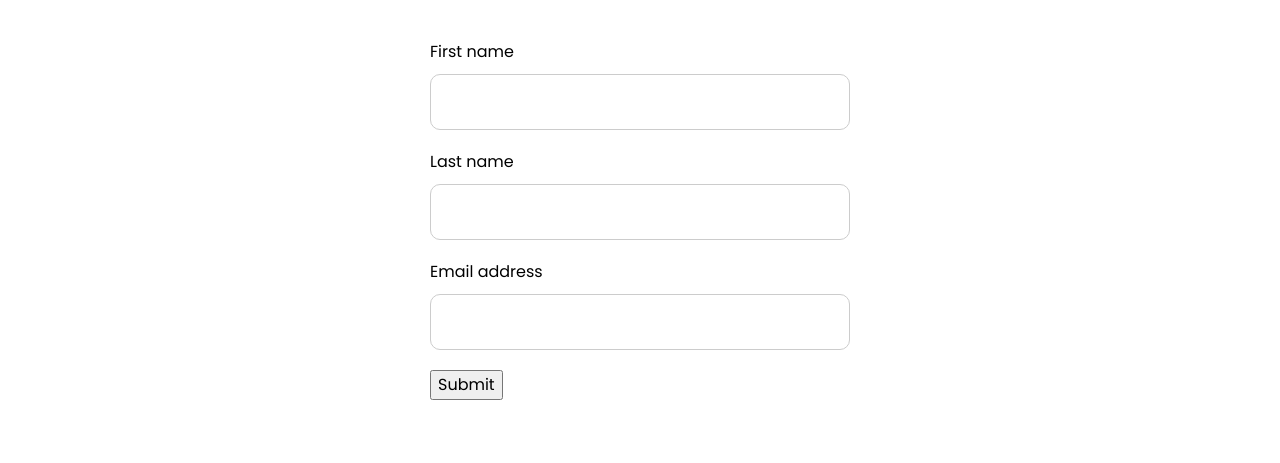
Repository: hoang0508/ReactJsDevWork
Page: /
The author's editor kept a copy of each file at every save. The page is drawn from the files as they stood at one save, then again after the next save.
The browser window is 1280 px wide. The pictures show the whole page.
The project was rebuilt for these pictures with package versions that can differ from the ones it lists, and the page was loaded fresh each time.

Above is the page before, as saved 2022-02-13 14:54:57.

### src/index.scss
body {
  margin: 0;
  font-family: "Poppins", sans-serif;
  font-size: 16px;
  -webkit-font-smoothing: antialiased;
  -moz-osx-font-smoothing: grayscale;
}

code {
  font-family: source-code-pro, Menlo, Monaco, Consolas, "Courier New",
    monospace;
}

### src/App.js
import "./App.scss";
import Form from "./components/Form/Form";
// import YoutubeSearch from "./components/YTBSearch/YoutubeSearch";
// import Product from "./components/Product/Product";
// import Button from "./components/Button/Button";
// import Food from "./components/FoodApi/Food";

function App() {
  return (
    <>
      {/* <div>Hello</div> */}
      {/* <Food /> */}
      {/* <Button /> */}
      {/* <Product /> */}
      {/* <YoutubeSearch /> */}
      <Form />
    </>
  );
}

export default App;

### src/App.scss
@import url("https://fonts.googleapis.com/css2?family=Poppins:ital,wght@0,300;0,400;0,500;0,600;0,700;1,600&family=Red+Hat+Display:wght@300;400;500;600;700&display=swap");
*,
*::before,
*::after {
  box-sizing: border-box;
}
body,
h1,
h2,
h3,
h4,
h5,
h6,
p,
figure,
picture {
  margin: 0;
}
body {
  min-height: 100vh;
  line-height: 1.5;
}
input,
button,
select,
textarea {
  font: inherit;
}
img,
picture {
  display: block;
  max-width: 100%;
}
/* remove animation for people who've turned them off */
@media (prefers-reduced-motion: reduce) {
  *,
  *::before,
  *::after {
    animation-duration: 0.01ms !important;
    animation-iteration-count: 1 !important;
    transition-duration: 0.01ms !important;
    scroll-behavior: auto !important;
  }
}

// body {
//   background: #eb3349; /* fallback for old browsers */
//   background: -webkit-linear-gradient(
//     to right,
//     #f45c43,
//     #eb3349
//   ); /* Chrome 10-25, Safari 5.1-6 */
//   background: linear-gradient(
//     to right,
//     #f45c43,
//     #eb3349
//   ); /* W3C, IE 10+/ Edge, Firefox 16+, Chrome 26+, Opera 12+, Safari 7+ */
// }

// body {
//   background-color: #181818;
// }

### src/components/Form/Form.js
import React from "react";
import "./Form.scss";
const Form = () => {
  return (
    <form className="form">
      <div className="form-group">
        <label htmlFor="firstName" className="form-label">
          First name
        </label>
        <input
          className="form-input"
          type="text"
          name="firstName"
          id="firstName"
        />
      </div>
      <div className="form-group">
        <label htmlFor="lastName" className="form-label">
          Last name
        </label>
        <input
          className="form-input"
          type="text"
          name="lastName"
          id="lastName"
        />
      </div>
      <div className="form-group">
        <label htmlFor="email" className="form-label">
          Email address
        </label>
        <input className="form-input" type="email" name="email" id="email" />
      </div>
      <button className="form-btn">Submit</button>
    </form>
  );
};

export default Form;

### src/components/Form/Form.scss
.form {
  padding: 40px;
  max-width: 500px;
  width: 100%;
  margin: 0 auto;
  &-group {
    display: flex;
    flex-direction: column;
    margin-bottom: 20px;
  }
  &-label {
    margin-bottom: 10px;
  }
  &-input {
    padding: 15px;
    border: 1px solid #ccc;
    border-radius: 10px;
    outline: none;
  }
}

Loaded but not shown: public/index.html (common file); src/index.js (common file); src/reportWebVitals.js (common file)

After the next save:
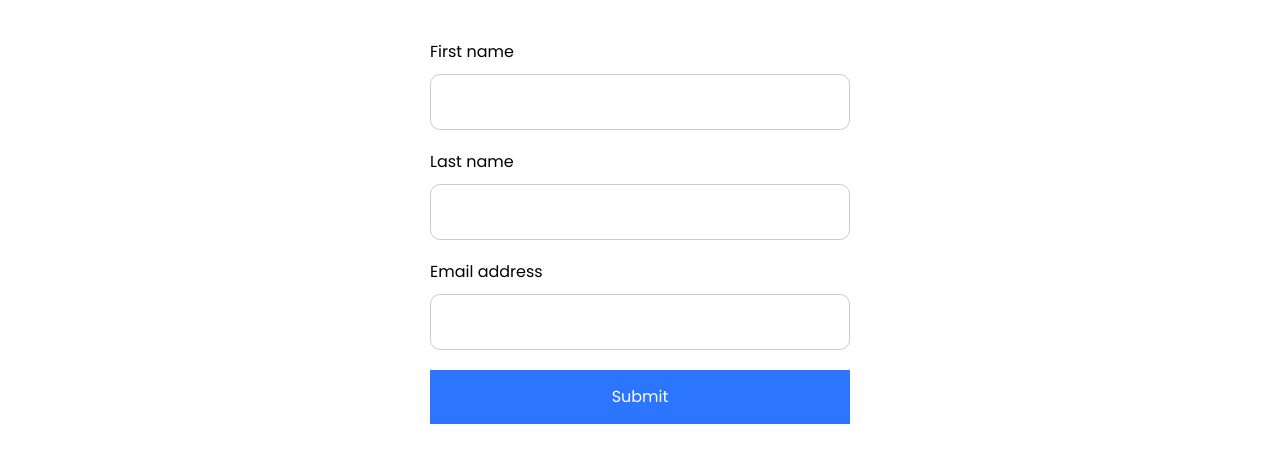
Saved 58 s later.
--- a/src/components/Form/Form.scss
+++ b/src/components/Form/Form.scss
@@ -17,4 +17,12 @@
     border-radius: 10px;
     outline: none;
   }
+  &-btn {
+    background-color: #2c76ff;
+    color: #fff;
+    outline: none;
+    border: 0;
+    width: 100%;
+    padding: 15px;
+  }
 }
